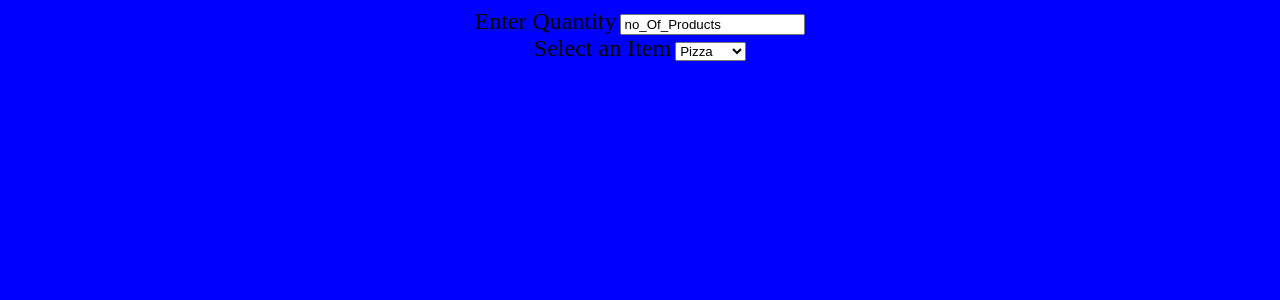
Repository: deevanshu07/Projects
Page: http://localhost/Ejb3/customer.jsp
These files come from the project's save history. The page is drawn as it stood at one moment and after the next save; the edit follows.
The browser window is 1280 px wide. The pictures show the whole page.
The page is served by Tomcat 9.

Above is the page before, as saved 2015-03-21 13:57:32.

After the next save:
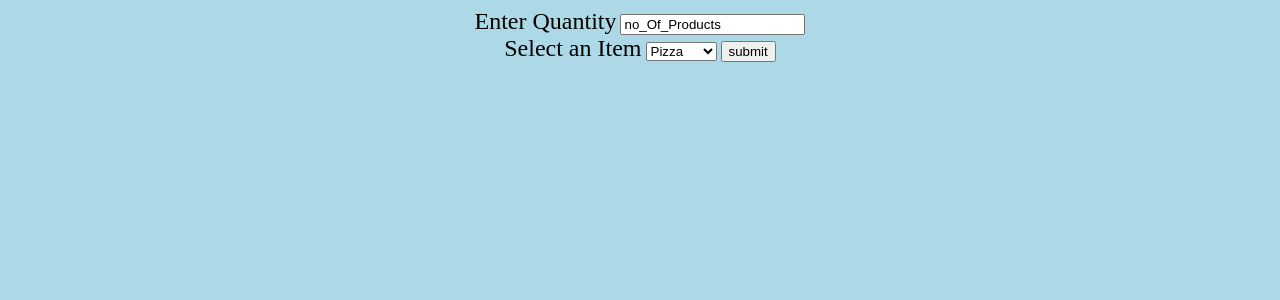
Saved 75 s later.
--- a/BOOT_CAMP_PROJECTS/Deevanshu1/Ejb3/WebContent/customer.jsp
+++ b/BOOT_CAMP_PROJECTS/Deevanshu1/Ejb3/WebContent/customer.jsp
@@ -6,7 +6,7 @@
 <meta http-equiv="Content-Type" content="text/html; charset=ISO-8859-1">
 <title>Insert title here</title>
 </head>
-<body bgcolor="blue">
+<body bgcolor="lightblue">
 <div align="center">
 <form action="PlaceOrderqueue">
 
@@ -21,6 +21,7 @@
 <option>Cake</option>
 <option>Chicken</option>
 </select>
+<input type="submit" value="submit"/>
 </form>
 </div>
 </body>
